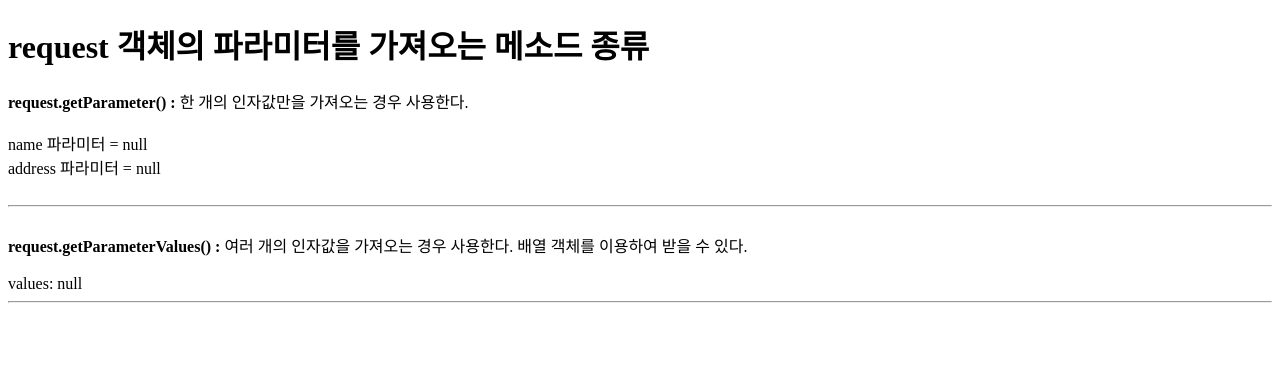
Repository: zhyuk/FullStackStudy
Page: http://localhost/jspfirst/08_05_formParameter.jsp
These files come from the project's save history. The page is drawn as it stood at one moment and after a run of saves; the edit follows.
The browser window is 1280 px wide. The pictures show the whole page.
The page is served by Tomcat 9. Other server files are loaded and not shown.

Above is the page before, as saved 2024-08-27 02:17:39.

### jsp/jspwork/jspfirst/src/main/webapp/08_05_formParameter.jsp
<%@ page language="java" contentType="text/html; charset=UTF-8"
	pageEncoding="UTF-8"%>
<%@ page import="java.util.Enumeration"%>
<%@ page import="java.util.Map"%>

<%
// request의 데이터 영역에 저장된 데이터(post 방식)의 인코딩만 설정할 때 사용함.
// get 방식은 인코딩 안됨. get 방식은 방식에 따라 웹페이지의 인코딩이나 브라우저의 인코딩으로 적용됨
request.setCharacterEncoding("utf-8");
%>
<!DOCTYPE html>
<html>
<head>
<meta charset="UTF-8">
<title>request 객체의 파라미터를 가져오는 메소드 종류</title>
</head>
<body>
	<h1>request 객체의 파라미터를 가져오는 메소드 종류</h1>
	<b>request.getParameter() : </b> 한 개의 인자값만을 가져오는 경우 사용한다.<br><br>

	name 파라미터 = <%= request.getParameter("name") %><br>
	address 파라미터 = <%= request.getParameter("address") %><br>
	<br><hr><br>

	<b>request.getParameterValues() : </b> 여러 개의 인자값을 가져오는 경우 사용한다. 배열 객체를 이용하여 받을 수 있다.<br><br>
	<%
	String[] values = request.getParameterValues("pet");
	out.print("values: " + values);
	if(values != null){
		for(int i = 0; i < values.length; i++) {
			out.println(values[i]);
		}
	}
	%>
	<hr><br>
</body>
</html>

After the next 3 saves:
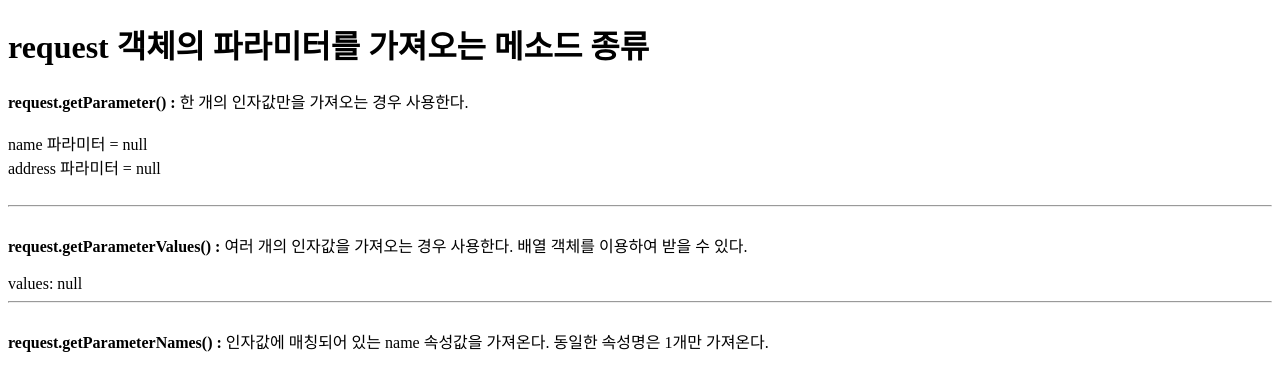
The 3 saves are shown as one change because 2 did not build or start.
The last was saved 2 min 17 s later.
--- a/jsp/jspwork/jspfirst/src/main/webapp/08_05_formParameter.jsp
+++ b/jsp/jspwork/jspfirst/src/main/webapp/08_05_formParameter.jsp
@@ -25,7 +25,7 @@ request.setCharacterEncoding("utf-8");
 	<b>request.getParameterValues() : </b> 여러 개의 인자값을 가져오는 경우 사용한다. 배열 객체를 이용하여 받을 수 있다.<br><br>
 	<%
 	String[] values = request.getParameterValues("pet");
-	out.print("values: " + values);
+	out.print("values: " + values + "<br>");
 	if(values != null){
 		for(int i = 0; i < values.length; i++) {
 			out.println(values[i]);
@@ -33,5 +33,15 @@ request.setCharacterEncoding("utf-8");
 	}
 	%>
 	<hr><br>
+	<b>request.getParameterNames() : </b> 인자값에 매칭되어 있는 name 속성값을 가져온다. 동일한 속성명은 1개만 가져온다.<br><br>
+
+	<%
+	int i = 0;
+	Enumeration paramEnum = request.getParameterNames();
+	while(paramEnum.hasMoreElements()){
+		i++;
+		String name = (String)paramEnum.nextElement();
+	}
+	%>
 </body>
 </html>
